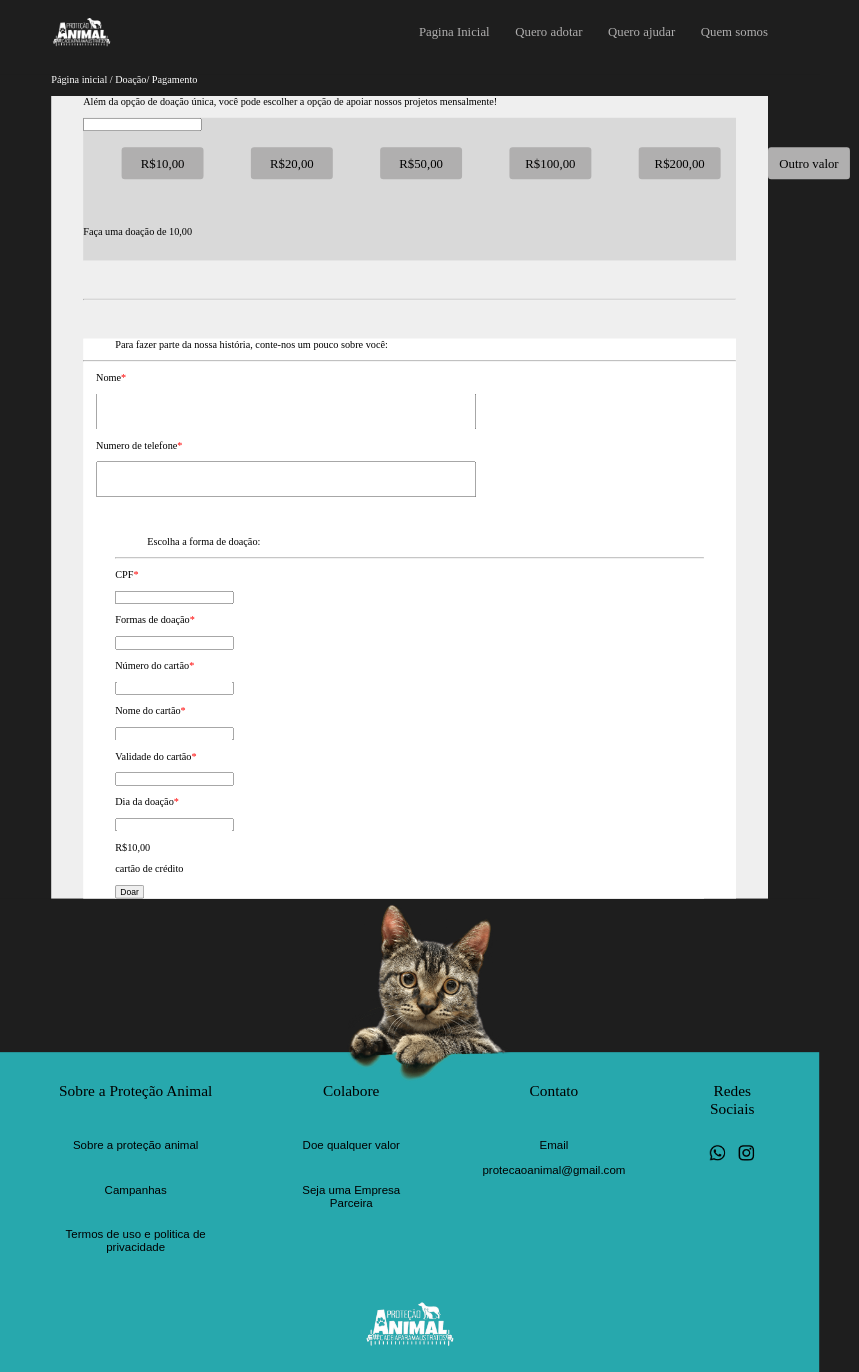
Repository: edjunior-nascimento/protecao-animal-web
Page: src/pages/formulario-doacao/index.html
These files come from the project's save history. The page is drawn as it stood at one moment and after the next save; the edit follows.
The browser window is 1280 px wide. The page is 1342 px wide, so the pictures cover 1342 px, including what lies to the right of the window. The pictures show the whole page, at 64% of full size.

Above is the page before, as saved 2025-03-07 03:37:19.

### src/pages/formulario-doacao/index.html
<!DOCTYPE html>
<html lang="pt">

<head>
    <meta charset="UTF-8">
    <meta name="viewport" content="width=device-width, initial-scale=1.0">
    <title>Proteção Animal</title>
    <link rel="preconnect" href="https://fonts.googleapis.com" />
    <link rel="preconnect" href="https://fonts.gstatic.com" crossorigin />
    <meta name="viewport" content="width=device-width, initial-scale=1.0" />
    <link rel="stylesheet" href="./style.css" />
    <link>
</head>

<body>
    <header>
        <div><img class="logo" src="/src/pages/images/logo.png" alt="logo Protecao animal" /></div>
        <nav>
            <ul>
                <li>
                    <a href="#">
                        <p>Pagina Inicial</p>
                    </a>
                </li>
                <li>
                    <a href="#">
                        <p>Quero adotar</p>
                    </a>
                </li>
                <li>
                    <a href="#">
                        <p>Quero ajudar</p>
                    </a>
                </li>
                <li>
                    <a href="#">
                        <p>Quem somos</p>
                    </a>
                </li>
            </ul>
        </nav>
    </header>
    <main>
        <div class="title">
            <p>Página inicial / Doação/ Pagamento</p>
        </div>
        <div class="container">
            <div class="sub-title">
                <p>Além da opção de doação única, você pode escolher a opção de apoiar nossos projetos mensalmente!
                </p>
            </div>
            <div class="valor">
                <div class="cota">
                    <input type="text">
                </div>
                <nav class="cota-inicial">
                    <ul>
                        <li>
                            <a href="#">R$10,00</a>
                        </li>
                        <li>
                            <a href="#">R$20,00</a>
                        </li>
                        <li>
                            <a href="#">R$50,00</a>
                        </li>
                        <li>
                            <a href="#">R$100,00</a>
                        </li>
                        <li>
                            <a href="#">R$200,00</a>
                        </li>
                        <li>
                            <a href="#">Outro valor</a>
                        </li>
                    </ul>
                </nav>
                <div class="res"><span>Faça uma doação de 10,00</span>
                </div>
            </div>
            <hr class="pri-line">
            <div class="card">
                <div class="sub-title">
                    <p>Para fazer parte da nossa história, conte-nos um pouco sobre você:</p>
                </div>
                <hr>
                <div class="dados">
                    <form action="/send" method="post" target="_blank">
                        <label>
                            <p>Nome<span class="ast">*</span></p>
                            <input type="text" name="nome" id="nome" class="cadastro">
                        </label>
                        <label>
                            <p>Numero de telefone<span class="ast">*</span></p>
                            <input type="text" name="telefone" id="telefone" class="cadastro">
                        </label>
                    </form>
                </div>
                <div class="card">
                    <div class="sub-title">
                        <p>Escolha a forma de doação:</p>
                    </div>
                    <hr>
                    <form action="/send" method="post" target="_blank">
                        <label>
                            <p>CPF<span class="ast">*</span></p>
                            <input type="number" name="cpf" id="cpf">
                        </label>
                        <label>
                            <p>Formas de doação<span class="ast">*</span></p>
                            <input type="text" name="forme-doacao" id="forme-doacao"></p>
                        </label>
                        <label>
                            <p>Número do cartão<span class="ast">*</span></p>
                            <input type="number" name="cartao" id="cartao">
                        </label>
                        <label>
                            <p>Nome do cartão<span class="ast">*</span></p>
                            <input type="text" name="nome-cartao" id="nome-cartao">
                        </label>
                        <label>
                            <p>Validade do cartão<span class="ast">*</span></p>
                            <input type="text" name="" id="">
                        </label>
                        <label>
                            <p>Dia da doação<span class="ast">*</span></p>
                            <input type="number" name="data" id="data">
                        </label>
                    </form>
                    <div class="resultado">
                        <div class="retorno">
                            <div class="res/doacao">
                                <p>R$10,00</p>
                            </div>
                            <div class="forma/pagamento">
                                <p>cartão de crédito</p>
                            </div>
                        </div>
                        <button>Doar</button>
                    </div>
                </div>
            </div>
        </div>
    </main>
    <div class="gato"><img src="/src/pages/images/gato.png" alt=""></div>
    <footer>
        <div class="footer-container">
            <div class="footer-primary">
                <div class="footer-section-1">
                    <div>
                        <h4>Sobre a Proteção Animal</h4>
                    </div>
                    <div>
                        <p><a href="">Sobre a proteção animal</a></p>
                    </div>
                    <div>
                        <p><a href="">Campanhas</a></p>
                    </div>
                    <div>
                        <p><a href="">Termos de uso e politica de privacidade</a></p>
                    </div>
                </div>
                <div class="footer-section-2">
                    <div>
                        <h4>Colabore</h4>
                    </div>
                    <div>
                        <p><a href="">Doe qualquer valor</a></p>
                    </div>
                    <div>
                        <p><a href="">Seja uma Empresa Parceira</a></p>
                    </div>
                </div>
                <div class="footer-section-3">
                    <div>
                        <h4>Contato</h4>
                    </div>
                    <div>
                        <p>Email</p>
                        <p><a href="mailto:protecaoanimal@gmail.com">protecaoanimal@gmail.com</a></p>
                    </div>
                </div>
                <div class="footer-section-4">
                    <div>
                        <h4>Redes Sociais</h4>
                    </div>
                    <div class="social-icons">
                        <div>
                            <a href=""><img src="/src/pages/images/whatsAppIcon.png" alt="" /></a>
                        </div>
                        <div>
                            <a href=""><img src="/src/pages/images/instagramIcon.png" alt="" /></a>
                        </div>
                    </div>
                </div>
            </div>
        </div>
        <div class="footer-secondary">
            <img src="/src/pages/images/logo.png" alt="" />
        </div>
    </footer>
</body>

</html>

### src/pages/formulario-doacao/style.css
:root {
    --main-bg-color: #1e1e1e;
    --title-color: #27a8ad;
    --subtitle-color: #ffffff;
    --box-color: #ffffff;
    --link-nav-color: #ffffff;
    --card-title-color: #27a8ad;
    --footer-background: #27a8ad;
    --footer-font-color: #000000;
    --maim-color: #EFEFEF;
    --card-nav-color:#D9D9D9;
    --nav-valor:#B0AFAF;
    --asterisco-color: red;
  }
  body {
    height: max-content;
    font-family: "Jockey One", serif;
    font-style: normal;
    margin: 0px;
    padding: 0px;
    background-color: var(--main-bg-color);
  }

  a {
    text-decoration: none;
  }

  header {
    height: 100px;
    display: flex;
    flex-direction: row;
    justify-content: space-between;
    padding-inline: 80px
  }
  header div {
    display: flex;
    align-items: center;
  }
  .logo {
    height: 95px;
    width: auto;
  }
  nav {
    width: auto;
    height: 100px;
    display: flex;
    align-items: center;
  }
  nav ul {
    list-style-type: none;
    display: flex;
    gap: 40px;
  }
  nav ul li a {
    color: var(--nav-valor);
    font-size: 20px;
    background-color: var(--card-nav-color);
  }


main {
  background-color:var(--main-bg-color) ;
  padding-left: 80px;
  padding-right: 80px;
}
  .sub-title {
    margin-left: 50px;
  }
.cota-inicial a {
  color: var(--footer-font-color);
  width: 128px;
  height: 50px;
  display: inline-block;
  text-align: center;
  line-height: 50px;
  background-color: var(--nav-valor);
  margin-left: 20px;
  border-radius: 5px;
}
.cota-inicial li {
  height: 50px;
  width: 162px;
}
.cota-inicial li :hover {
  background-color: var(--footer-background);
  color: var(--box-color);
}
.res {
  margin-top: 48px;
  padding-bottom: 36px;
}
  .pri-line {
    margin-top: 60px;
    margin-left: 50px;
    margin-right: 50px;
  }
  .card {
    margin-top: 60px;
    margin-left: 50px;
    margin-right: 50px;
  }
  .ast {
    color: var(--asterisco-color);
  }
.container {
  background-color: var(--maim-color);
}
.title {
  color: var(--subtitle-color);
}
.valor {
  margin-left: 50px;
  margin-right: 50px;
  background-color: var(--card-nav-color);
}
.valor nav {
  width: 100%;
}
.card {
  background-color: var(--box-color);
}
.dados {
  margin-left: 20px;
}
.cadastro {
  width: 586px;
  height: 50px;
}

  .gato {
    margin-left: 42%;
    margin-bottom: -25px;
    height: 265px;
    max-width: auto;}

  footer {
    height: 500px;
    max-height: auto;
    background-color: var(--footer-background);
    padding-inline: 80px;
  }

  .footer-container {
      width: auto;
      height: 70%;
      display: flex;
      align-items: center;
      justify-content: center;
  }

  .footer-primary {
    display: flex;
    flex-direction: row;
    gap: 111px;
    align-items: flex-start;
    justify-content: center;
  }

  .footer-primary p a {
      color: var(--footer-font-color);
      font-family: "Arial", sans-serif;
  }

  .footer-primary h4 {
    font-size: 24px;
    font-weight: 400;
  }

  .footer-primary p {
      font-size: 18px;
      font-weight: 400;
      font-family: "Arial", sans-serif;
  }

  .footer-secondary {
    width: auto;
    height: 30%;
    display: flex;
    align-items: center;
    justify-content: center;
  }

  .footer-secondary img {
      height: 145px;
      width: auto
  }

  .footer-section-1, .footer-section-2, .footer-section-3, .footer-section-4 {
      display: flex;
      flex-direction: column;
      text-align: center;
      gap: 12px;
  }

  .footer-section-4 {
      align-items: center;
  }

  .social-icons {
      display: flex;
      flex-direction: row;
      gap: 20px;
  }

After the next save:
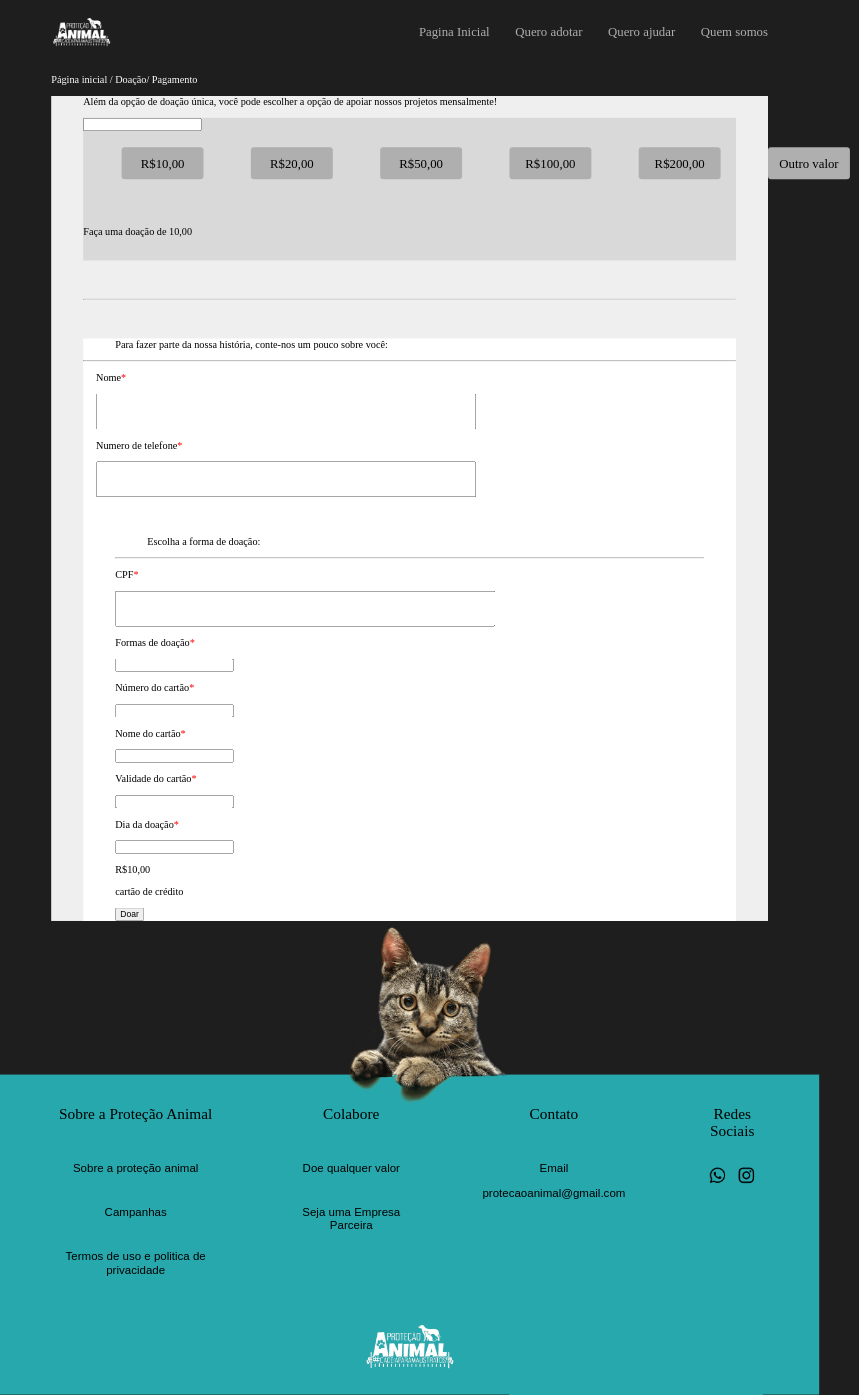
Saved 38 s later.
--- a/src/pages/formulario-doacao/index.html
+++ b/src/pages/formulario-doacao/index.html
@@ -104,7 +104,7 @@
                     <form action="/send" method="post" target="_blank">
                         <label>
                             <p>CPF<span class="ast">*</span></p>
-                            <input type="number" name="cpf" id="cpf">
+                            <input type="number" name="cpf" id="cpf" class="cadastro">
                         </label>
                         <label>
                             <p>Formas de doação<span class="ast">*</span></p>
